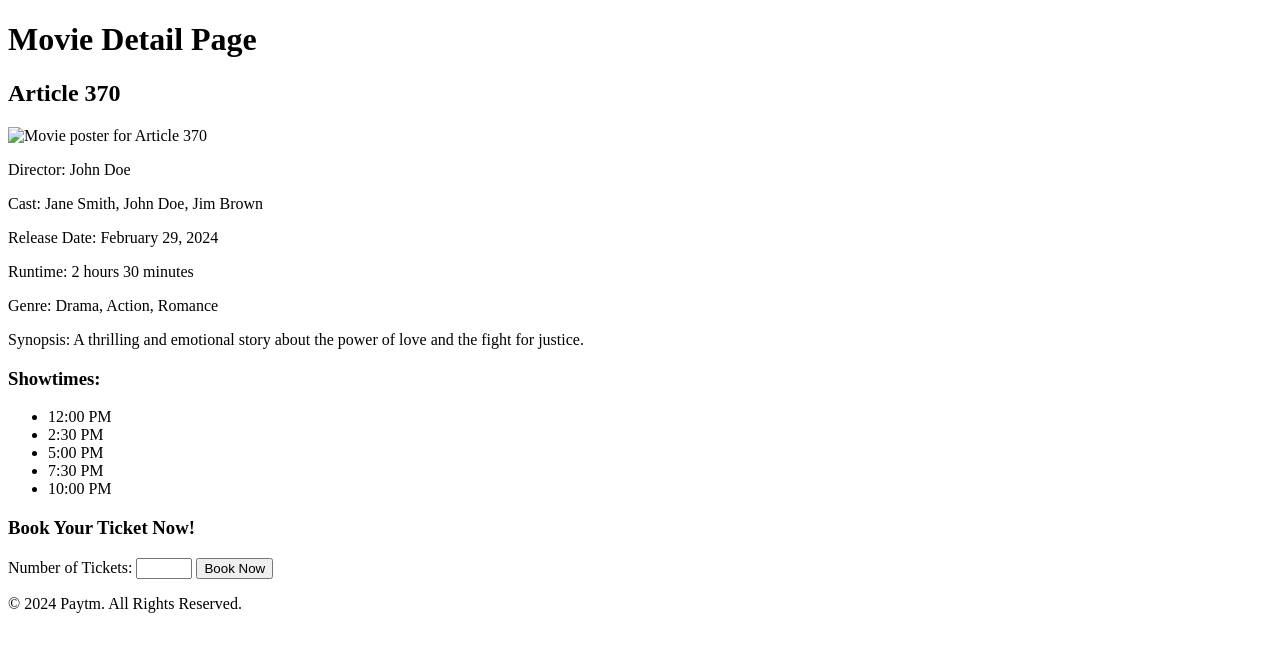
Repository: Anwithgowda/bank-app
Page: http://localhost/movie-book-app/show.jsp
These files come from the project's save history. The page is drawn as it stood at one moment and after the next save; the edit follows.
The browser window is 1280 px wide. The pictures show the whole page.
The page is served by Tomcat 9.

Above is the page before, as saved 2024-02-29 12:50:12.
Not found: movieapp/movie-book-app/movie-book-app/movie-poster.jpg
Not found: movieapp/movie-book-app/movie-book-app/styles.css

### movieapp/movie-book-app/src/main/webapp/show.jsp
<%@ page language="java" contentType="text/html; charset=ISO-8859-1"
    pageEncoding="ISO-8859-1"%>
<!DOCTYPE html>
<html>
<head>
	<meta charset="UTF-8">
	<title>Movie Detail Page</title>
	<link rel="stylesheet" href="styles.css">
</head>
<body>
	<header>
		<h1>Movie Detail Page</h1>
	</header>
	<main>
		<section id="movie-info">
			<h2>Article 370</h2>
			<img src="movie-poster.jpg" alt="Movie poster for Article 370">
			<p>Director: John Doe</p>
			<p>Cast: Jane Smith, John Doe, Jim Brown</p>
			<p>Release Date: February 29, 2024</p>
			<p>Runtime: 2 hours 30 minutes</p>
			<p>Genre: Drama, Action, Romance</p>
			<p>Synopsis: A thrilling and emotional story about the power of love and the fight for justice.</p>
		</section>
		<section id="showtimes">
			<h3>Showtimes:</h3>
			<ul>
				<li>12:00 PM</li>
				<li>2:30 PM</li>
				<li>5:00 PM</li>
				<li>7:30 PM</li>
				<li>10:00 PM</li>
			</ul>
		</section>
		<section id="book-ticket">
			<h3>Book Your Ticket Now!</h3>
			<form>
				<label for="num-tickets">Number of Tickets:</label>
				<input type="number" id="num-tickets" name="num-tickets" min="1" max="10">
				<button type="submit">Book Now</button>
			</form>
		</section>
	</main>
	<footer>
		<p>&copy; 2024 Paytm. All Rights Reserved.</p>
	</footer>
</body>
</html>

After the next save:
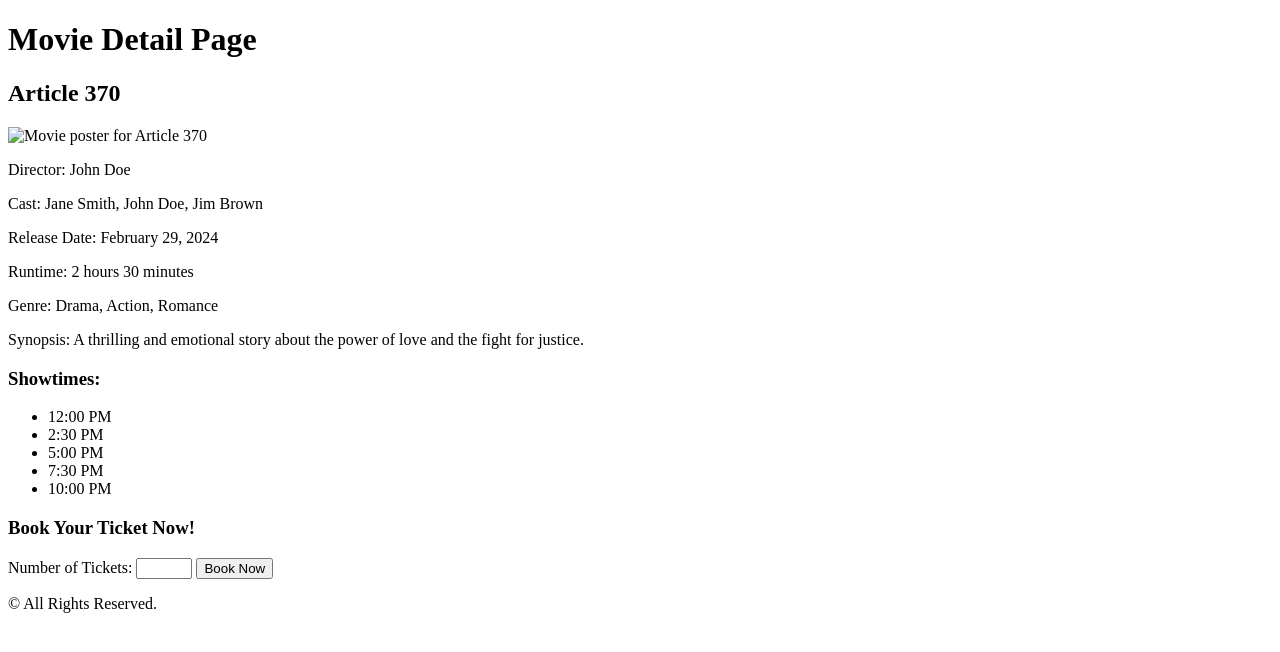
Saved 5 s later.
--- a/movieapp/movie-book-app/src/main/webapp/show.jsp
+++ b/movieapp/movie-book-app/src/main/webapp/show.jsp
@@ -42,7 +42,7 @@
 		</section>
 	</main>
 	<footer>
-		<p>&copy; 2024 Paytm. All Rights Reserved.</p>
+		<p>&copy;  All Rights Reserved.</p>
 	</footer>
 </body>
 </html>
